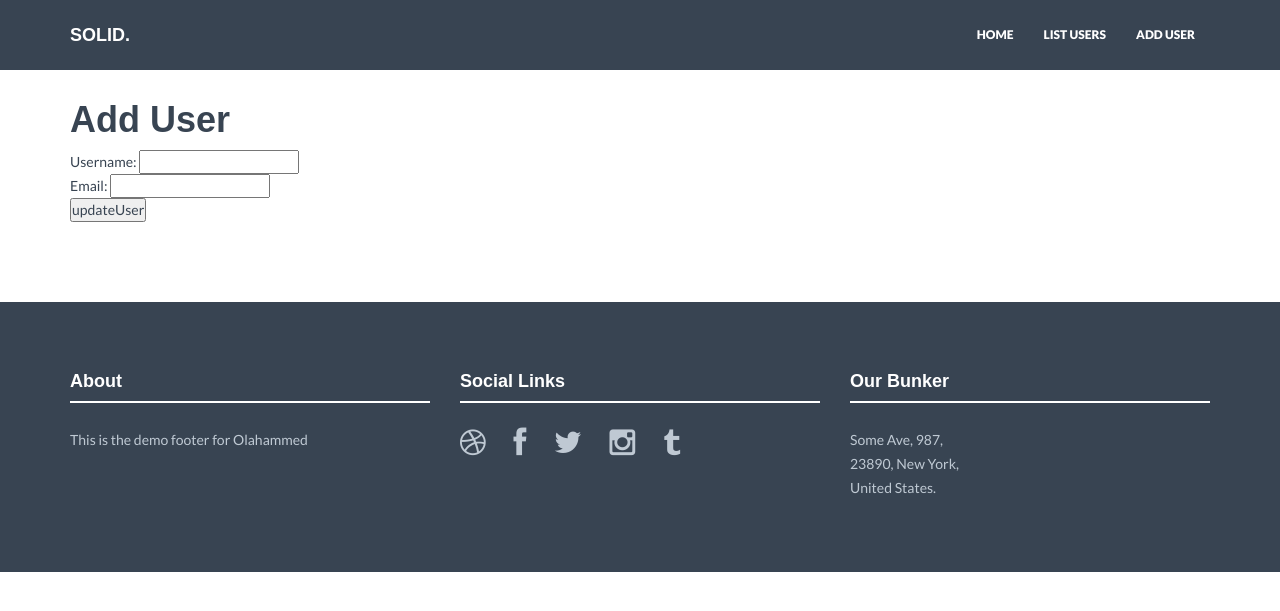
Repository: RedOx98/eclipse-workspace
Page: http://localhost/SessionsContinued/updateuser.jsp
The author's editor kept a copy of each file at every save. The page is drawn from the files as they stood at one save, then again after the next save.
The browser window is 1280 px wide. The pictures show the whole page.
Some web fonts or font styles are not loaded; a fallback is used. Some web libraries are served in a nearby version. The page is served by Tomcat 10. The template is opened directly, without the code that normally fills it, so the values that code supplies are empty.

Above is the page before, as saved 2024-05-29 10:10:09.

After the next save:
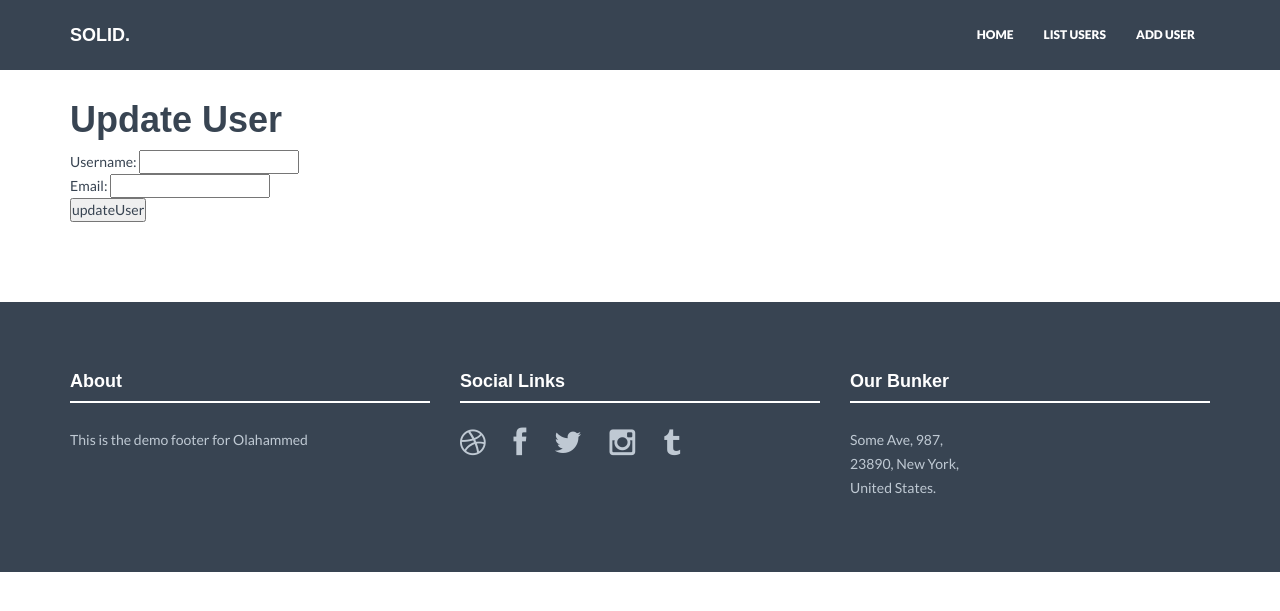
Saved 45 s later.
--- a/SessionsContinued/src/main/webapp/updateuser.jsp
+++ b/SessionsContinued/src/main/webapp/updateuser.jsp
@@ -2,7 +2,7 @@
 
 <jsp:include page="include/header.jsp"/>
 
-<h1>Add User</h1>
+<h1>Update User</h1>
 
 <form action="${ pageContext.request.contextPath}/site" method="post">
 
